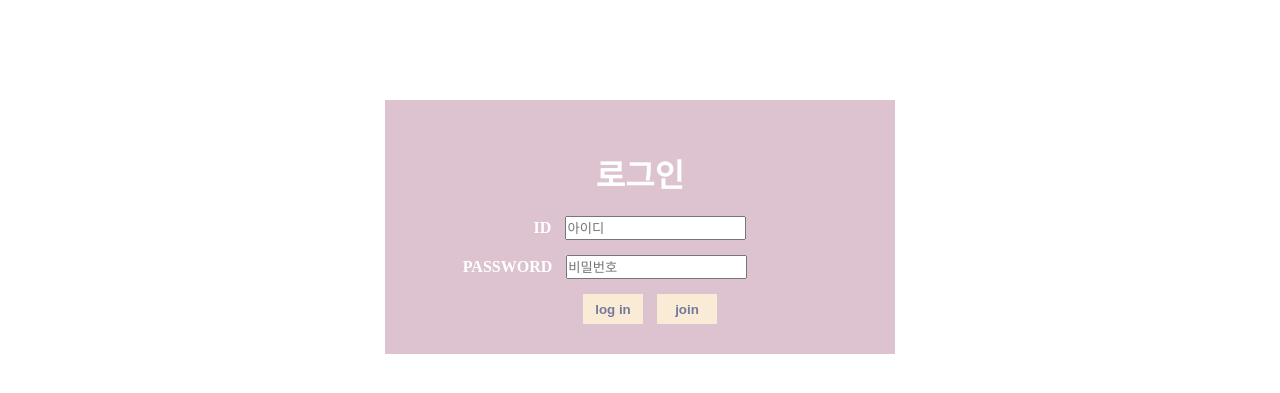
Repository: kayoyo/jsp
Page: http://localhost/BoardWeb_4/login
The author's editor kept a copy of each file at every save. The page is drawn from the files as they stood at one save, then again after the next save.
The browser window is 1280 px wide. The pictures show the whole page.
The page is served by Tomcat 9. Other server files are loaded and not shown.

Above is the page before, as saved 2020-08-27 05:11:17.

### BoardWeb_4/WebContent/WEB-INF/jsp/user/login.jsp
<%@ page language="java" contentType="text/html; charset=UTF-8"
    pageEncoding="UTF-8"%>
<!DOCTYPE html>
<html>
<head>
<meta charset="UTF-8">
<style>
* { margin:0; padding: 0; }
 a {text-decoration:none; color: black;}
 .err {color: #585858;}
 #container {width: 450px; background-color: #ddc3d0;
 			margin: 0 auto; padding:30px; text-align:center; margin-top: 100px;]}
 h1 {margin: 20px; color: white;}
 .pw {margin-right: 70px;}
 .pw, .id {color: white; margin-bottom: 15px; font-weight:bold;}
 input {height : 20px; margin-left:10px;}
 #login {width: 60px; height: 30px; margin-left: 20px;
 		color: #727A9A; background-color: #faebd7; font-weight:bold; border:none;}
 #join {width: 60px; height: 30px; margin-left: 10px;
 		color: #727A9A; background-color: #faebd7; font-weight:bold; border:none;}


</style>
<title>로그인</title>
</head>
<body>
	<div id="container">
	<h1>로그인</h1>
	<div class="err">${msg}</div>
	<form action="/login" method="post" id="logFrom">
	<div class="id">ID
	<input type="text" name="user_id" placeholder="아이디" value="${data.user_id}"></div>
	<div class="pw">PASSWORD
	<input type="password" name="user_pw" placeholder="비밀번호"></div>
	<input type="submit" value="log in" id="login">
	<a href="/join"><button id="join">join</button></a>
	</form>
	</div>
</body>
</html>

### BoardWeb_4/src/com/koreait/pjt/user/LoginSer.java
package com.koreait.pjt.user;

import java.io.IOException;
import javax.servlet.ServletException;
import javax.servlet.annotation.WebServlet;
import javax.servlet.http.HttpServlet;
import javax.servlet.http.HttpServletRequest;
import javax.servlet.http.HttpServletResponse;
import javax.servlet.http.HttpSession;

import com.koreait.pjt.Const;
import com.koreait.pjt.MyUtils;
import com.koreait.pjt.ViewResolver;
import com.koreait.pjt.db.UserDAO;
import com.koreait.pjt.vo.LoginHistroryVO;
import com.koreait.pjt.vo.UserVO;


@WebServlet("/login")
public class LoginSer extends HttpServlet {
	private static final long serialVersionUID = 1L;


	protected void doGet(HttpServletRequest request, HttpServletResponse response) throws ServletException, IOException {
		if(request.getRemoteAddr().equals("192.168.2.6")) {
			response.sendRedirect("/blockip");
		}

		ViewResolver.forword("user/login", request, response);
	}
	protected void doPost(HttpServletRequest request, HttpServletResponse response) throws ServletException, IOException {

		String user_id = request.getParameter("user_id");
		String user_pw = request.getParameter("user_pw");
		String encrypt_pw = MyUtils.encryptString(user_pw);

		UserVO param = new UserVO();
		param.setUser_id(user_id);
		param.setUser_pw(encrypt_pw);

		int result = UserDAO.login(param); //param의 주소값

		if(result !=1) {
			request.setAttribute("data", param);
			switch(result) {
			case 2 : request.setAttribute("msg", "비밀번호가 다릅니다");
			break;
			case 3 : request.setAttribute("msg", "아이디가 다릅니다");
			break;
			default : request.setAttribute("msg", "로그인을 실패했습니다");
			}
			param = null;
			doGet(request, response);
			return;
		}

		//로그인 히스토리 기록
		String agent = request.getHeader("User-Agent");
		System.out.println("agent : " + agent);
		String os = getOs(agent);
		String browser = getBrowser(agent);
		String ip_addr = request.getRemoteAddr();

		System.out.println("os : " + os);
		System.out.println("browser : " + browser);
		System.out.println("ip_addr : " + ip_addr);

		LoginHistroryVO ulhVO = new LoginHistroryVO();
		ulhVO.setI_user(param.getI_user());
		ulhVO.setOs(os);
		ulhVO.setIp_addr(ip_addr);
		ulhVO.setBrowser(browser);
		UserDAO.insUserLoginHistory(ulhVO);


		HttpSession hs = request.getSession();
		hs.setAttribute(Const.LOGIN_USER, param);

		System.out.println("로그인 성공");
		response.sendRedirect("/board/list");

	}
	private String getBrowser(String agent) {
		if(agent.toLowerCase().contains("msie")) {
			return "IE";
		} else if(agent.toLowerCase().contains("chrome")) {
			return "chrome";
		} else if(agent.toLowerCase().contains("safari")) {
			return "safari";
		}
		return "";
	}
	private String getOs(String agent) {

		if(agent.contains("mac")) {
			return "mac";
		} else if(agent.toLowerCase().contains("windows")) {
			return "windows";
		} else if(agent.toLowerCase().contains("x11")) {
			return "linux";
		} else if(agent.toLowerCase().contains("android")) {
			return "android";
		} else if(agent.toLowerCase().contains("iphone")) {
			return "ios";
		}
		return "";
	}

}

### BoardWeb_4/src/com/koreait/pjt/ViewResolver.java
package com.koreait.pjt;

import java.io.IOException;

import javax.servlet.ServletException;
import javax.servlet.http.HttpServlet;
import javax.servlet.http.HttpServletRequest;
import javax.servlet.http.HttpServletResponse;

public class ViewResolver {
	public static void forword(String fileNm, HttpServletRequest request, HttpServletResponse response) throws ServletException, IOException{
		String jsp = String.format("/WEB-INF/jsp/%s.jsp", fileNm);
		request.getRequestDispatcher(jsp).forward(request, response);

	}

	//로그인 체크
	public static void forwordLoginChk(String fileNm, HttpServletRequest request, HttpServletResponse response) throws ServletException, IOException {

		if(MyUtils.isLogout(request)) {
			response.sendRedirect("/login"); //로그인이 안되어 있을 때
			return;
		}
		ViewResolver.forword(fileNm, request, response);
	}

}

After the next save:
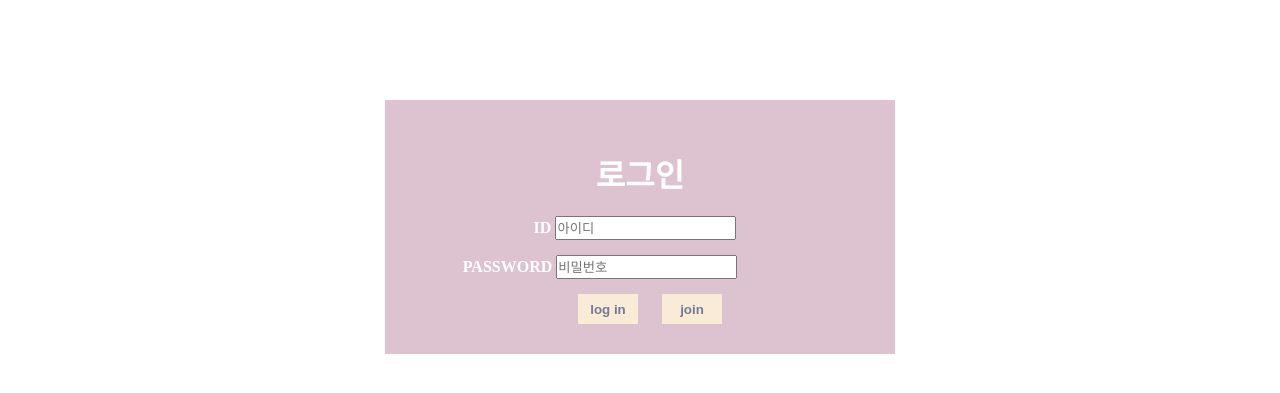
Saved 16 s later.
--- a/BoardWeb_4/WebContent/WEB-INF/jsp/user/login.jsp
+++ b/BoardWeb_4/WebContent/WEB-INF/jsp/user/login.jsp
@@ -13,7 +13,7 @@
  h1 {margin: 20px; color: white;}
  .pw {margin-right: 70px;}
  .pw, .id {color: white; margin-bottom: 15px; font-weight:bold;}
- input {height : 20px; margin-left:10px;}
+ input {height : 20px; margin-right:10px;}
  #login {width: 60px; height: 30px; margin-left: 20px;
  		color: #727A9A; background-color: #faebd7; font-weight:bold; border:none;}
  #join {width: 60px; height: 30px; margin-left: 10px;
